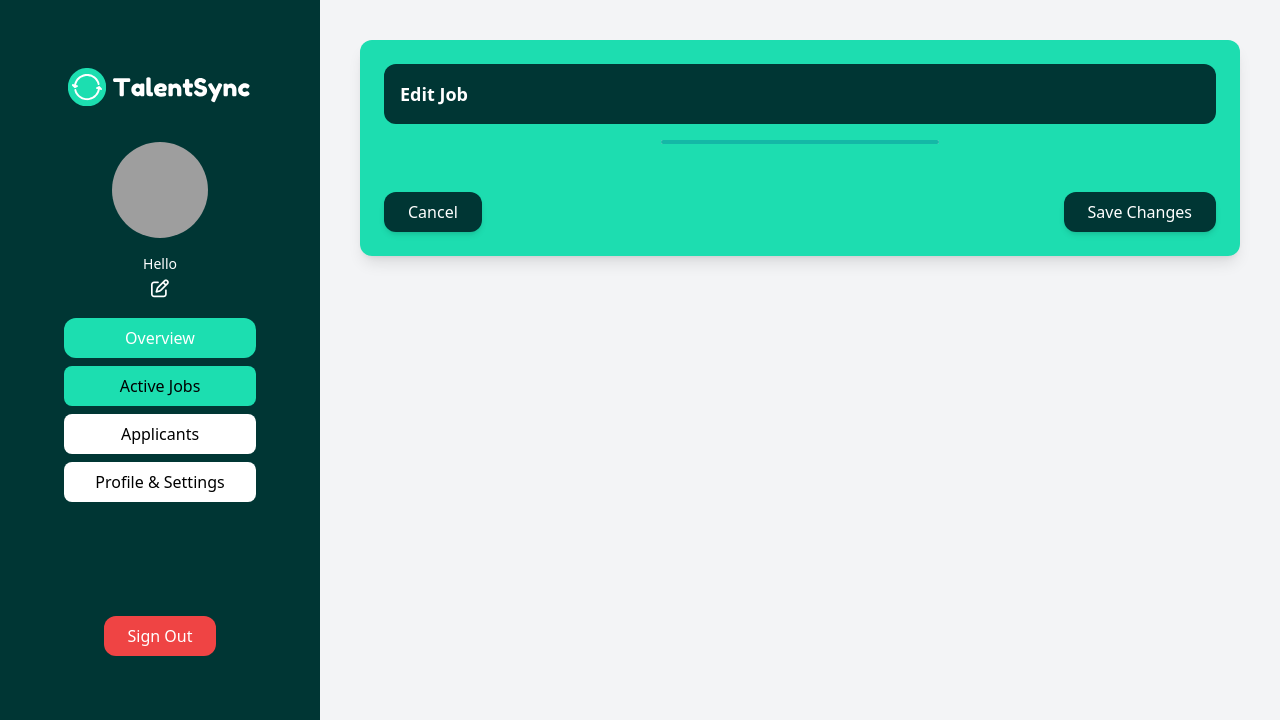
Repository: AbdullahScriptStudio/TalentSync
Page: recruiter/templates/recruiter/job_edit.html
The author's editor kept a copy of each file at every save. The page is drawn from the files as they stood at one save, then again after the next save.
The browser window is 1280 px wide. The pictures show the whole page.
Pictures or frames that could not be fetched are drawn as grey boxes. Some web libraries are served in a nearby version. The page is served by the project's application, run on Django 5.2 (manage.py). Other server files are loaded and not shown. The template is opened directly, without the code that normally fills it, so the values that code supplies are empty.

Above is the page before, as saved 2025-03-26 23:16:06.

### recruiter/templates/recruiter/job_edit.html
<!DOCTYPE html>
<html lang="en">
{% load static %}

<head>
    <meta charset="UTF-8">
    <meta name="viewport" content="width=device-width, initial-scale=1.0">
    <script src="https://cdn.tailwindcss.com"></script>
    <link rel="stylesheet" href="https://cdnjs.cloudflare.com/ajax/libs/font-awesome/6.0.0-beta3/css/all.min.css">
    <title>Edit Job</title>
</head>

<body class="bg-gray-100">
    <div class="flex min-h-screen">
        <!-- Sidebar -->
        <div class="bg-[#003634] text-white w-1/4 p-6 flex flex-col items-center fixed h-full" style="padding: 4rem;">
            <div class="flex items-center mb-8">
                <img alt="TalentSync logo" class="w-48 h-auto" src="{% static 'images/logo.svg' %}" />
            </div>
            <img alt="Profile picture of {{ user.first_name }}" class="w-24 h-24 rounded-full mb-4" height="100" src="{% static 'images/dog-profile.svg' %}" width="100" />
            <div class="text-center mb-4">
                <p class="text-sm">Hello</p>
                <p class="text-lg">{{ user.first_name }} {{ user.last_name }} <i class="fa-regular fa-pen-to-square"></i></p>
            </div>
            <nav class="flex flex-col w-full">
                <a href="{% url 'recruiter_dashboard' %}" class="bg-[#1cdeb0] text-white py-2 px-4 rounded-xl mb-2 text-center">Overview</a>
                <a href="activeJobsDashboard.html" class="bg-[#1cdeb0] text-teal-900 py-2 px-4 rounded mb-2" style="border-radius: 0.5rem; color: rgb(0 0 0); text-align: center;">Active Jobs</a>
                <a href="applicantsDashboard.html" class="bg-white text-teal-900 py-2 px-4 rounded mb-2" style="border-radius: 0.5rem; color: rgb(0 0 0); text-align: center;">Applicants</a>
                <a href="#" class="bg-white text-teal-900 py-2 px-4 rounded mb-2" style="border-radius: 0.5rem; color: rgb(0 0 0); text-align: center;">Profile &amp; Settings</a>
            </nav>
            <a href="{% url 'user_logout' %}" class="mt-auto bg-red-500 py-2 px-6 rounded-xl">Sign Out</a>
        </div>

        <!-- Main Content -->
        <div class="flex-1 p-10 ml-[25%] overflow-y-auto">
            <div class="bg-[#1dddb0] p-6 rounded-xl shadow-lg">
                <h2 class="text-lg font-bold mb-4 bg-[#003634] text-white p-4 rounded-xl">Edit Job</h2>

                <!-- Progress Bar -->
                <div class="flex justify-center mb-6">
                    <div class="w-1/3 h-1 bg-gray-300 rounded-full">
                        <div class="h-full bg-teal-500 rounded-full" style="width: 100%;"></div>
                    </div>
                </div>

                <!-- Job Information Form -->
                <form method="POST">
                    {% csrf_token %}

                    <div class="grid grid-cols-1 md:grid-cols-2 gap-6">
                        {% for field in form %}
                        <div>
                            <label class="block text-lg font-semibold mb-2">{{ field.label }}</label>
                            <div class="relative">
                                {{ field }}
                            </div>
                            {% if field.errors %}
                                <p class="text-red-500 text-sm mt-1">{{ field.errors }}</p>
                            {% endif %}
                        </div>
                        {% endfor %}
                    </div>

                    <div class="flex justify-between mt-6">
                        <button type="button" class="bg-[#003634] text-white py-2 px-6 rounded-xl shadow-md hover:bg-[#002522] transition" onclick="window.location.href='/recruiter/jobs/'">Cancel</button>
                        <button type="submit" class="bg-[#003634] text-white py-2 px-6 rounded-xl shadow-md hover:bg-[#002522] transition">Save Changes</button>
                    </div>
                </form>
            </div>
        </div>
    </div>

    <script>
        document.addEventListener('DOMContentLoaded', function () {
            const inputs = document.querySelectorAll('input, select, textarea');
            inputs.forEach(input => {
                input.classList.add('w-full', 'p-3', 'text-sm', 'border', 'rounded-lg', 'focus:outline-none', 'focus:ring-2', 'focus:ring-teal-500');
            });
        });
    </script>
</body>
</html>

### talentsync/urls.py
"""
URL configuration for talentsync project.

The `urlpatterns` list routes URLs to views. For more information please see:
    https://docs.djangoproject.com/en/5.1/topics/http/urls/
Examples:
Function views
    1. Add an import:  from my_app import views
    2. Add a URL to urlpatterns:  path('', views.home, name='home')
Class-based views
    1. Add an import:  from other_app.views import Home
    2. Add a URL to urlpatterns:  path('', Home.as_view(), name='home')
Including another URLconf
    1. Import the include() function: from django.urls import include, path
    2. Add a URL to urlpatterns:  path('blog/', include('blog.urls'))
"""
from django.contrib import admin
from django.urls import path, include
from django.conf import settings
from django.conf.urls.static import static

urlpatterns = [
    path('admin/', admin.site.urls),
    path('recruiter/', include('recruiter.urls')),
    #path('applicant/', include('applicant.urls')),
    path('people/', include('people.urls')),
]


if settings.DEBUG:
    urlpatterns += static(settings.MEDIA_URL, document_root=settings.MEDIA_ROOT)

### recruiter/urls.py
from django.urls import path
from . import views
from django.conf.urls.static import static
from django.conf import settings



urlpatterns = [

    #adding new job
    #path('create/step1/', views.job_create_step1, name='job_create_step1'),
    #path('create/step2/', views.job_create_step2, name='job_create_step2'),
    #path('create/step3/', views.job_create_step3, name='job_create_step3'),
    path('job/post/', views.job_create_combined, name='job_create_combined'),
    #path('create/success/', views.job_post_success, name='job_post_success'), #to show job posted successfully
    path('jobs/', views.job_list, name='job_list'),
    path('jobs/description/<int:job_id>/', views.job_description, name='job_description'),
    path('job/edit/<int:id>/', views.job_edit, name='job_edit'),
    path('job/delete/<int:id>/', views.job_delete, name='job_delete'),
    path('dashboard/', views.recruiter_dashboard, name='recruiter_dashboard'),
]



if settings.DEBUG:
    urlpatterns += static(settings.MEDIA_URL, document_root=settings.MEDIA_ROOT)

### people/urls.py
from django.urls import path
from .views import register, user_login, user_logout, dashboard_redirect

urlpatterns = [
    path('register/', register, name='register'),
    path('login/', user_login, name='user_login'),
    path('logout/', user_logout, name='user_logout'),
    path('dashboard/', dashboard_redirect, name='dashboard_redirect'),
]

Loaded but not shown: static/images/logo.svg (1 lines, source omitted)

After the next save:
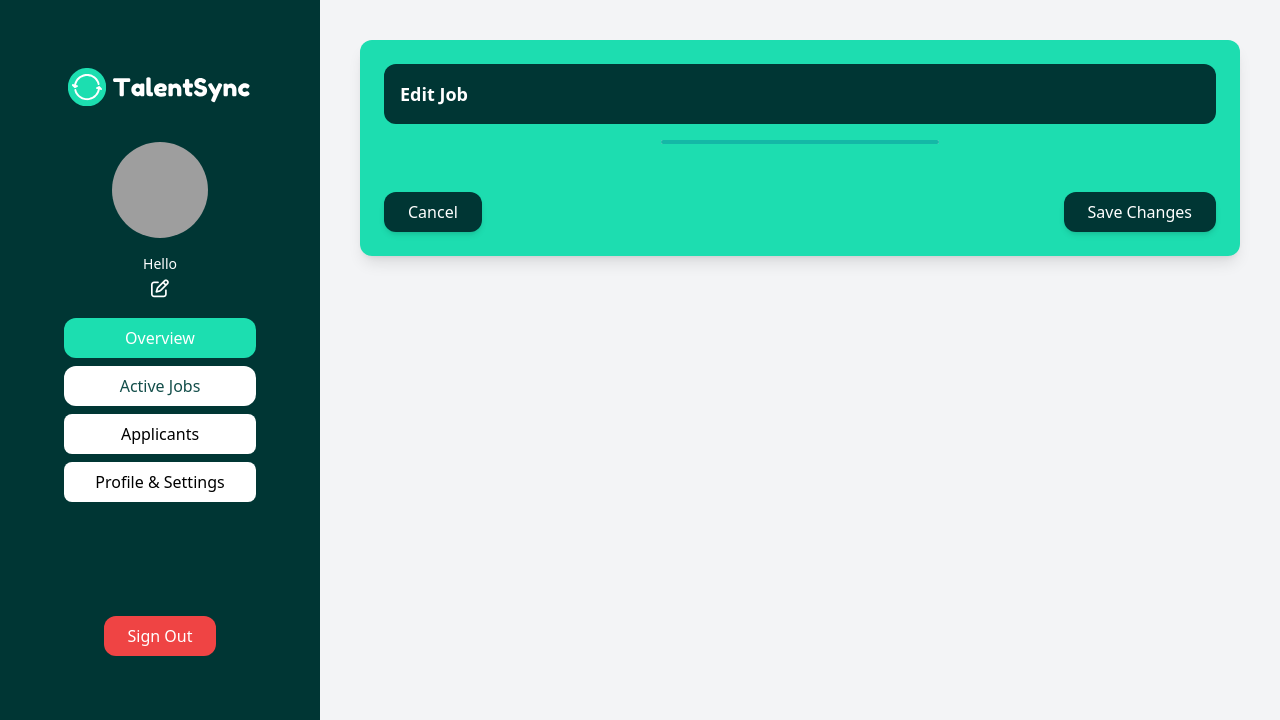
Saved 5 s later.
--- a/recruiter/templates/recruiter/job_edit.html
+++ b/recruiter/templates/recruiter/job_edit.html
@@ -24,7 +24,7 @@
             </div>
             <nav class="flex flex-col w-full">
                 <a href="{% url 'recruiter_dashboard' %}" class="bg-[#1cdeb0] text-white py-2 px-4 rounded-xl mb-2 text-center">Overview</a>
-                <a href="activeJobsDashboard.html" class="bg-[#1cdeb0] text-teal-900 py-2 px-4 rounded mb-2" style="border-radius: 0.5rem; color: rgb(0 0 0); text-align: center;">Active Jobs</a>
+                <a href="{% url 'job_list' %}" class="bg-white text-teal-900 py-2 px-4 rounded-xl mb-2 text-center">Active Jobs</a>
                 <a href="applicantsDashboard.html" class="bg-white text-teal-900 py-2 px-4 rounded mb-2" style="border-radius: 0.5rem; color: rgb(0 0 0); text-align: center;">Applicants</a>
                 <a href="#" class="bg-white text-teal-900 py-2 px-4 rounded mb-2" style="border-radius: 0.5rem; color: rgb(0 0 0); text-align: center;">Profile &amp; Settings</a>
             </nav>
